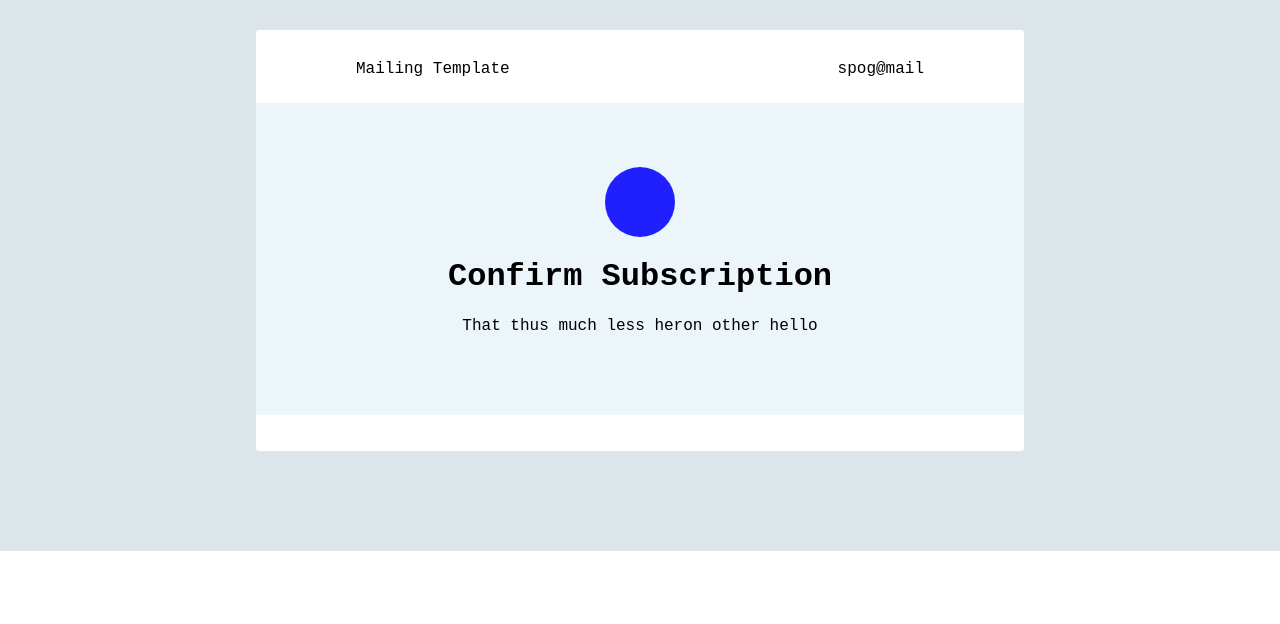
Repository: Lecon-Git/Appmail-Template
Page: mail.html
An editor plug-in stored every save of this project. The page is shown before and after the next save, followed by the edit.
The browser window is 1280 px wide. The pictures show the whole page.

Above is the page before, as saved 2021-11-01 21:42:55.

### mail.html
<!DOCTYPE html>
<html lang="en">

<head>
    <meta charset="UTF-8">
    <meta http-equiv="X-UA-Compatible" content="IE=edge">
    <meta name="viewport" content="width=device-width, initial-scale=1.0">
    <title>Service Confirmation</title>
    <link rel="stylesheet" href="css/mail.css">
</head>

<body>
    <div class="container">
        <div class="main">
            <div class="head_1">
                <span class="logo">Mailing Template</span>
                <span class="username">spog@mail</span>
            </div>
            <div class="subscribe">
                <div class="circle"></div>
                <h1>Confirm Subscription</h1>
                <p>That thus much less heron other hello</p>
            </div>
            <div class="premium">
                <div class="text">
                    <p><strong></strong></p>
                </div>
            </div>
        </div>
    </div>
</body>

</html>

### css/mail.css
body {
    margin: 0;
    font-family: "Courier New", Courier, monospace;
}

.container {
    padding: 30px 0 100px;
    background-color: #dbe5ea;
}

.main {
    width: 60%;
    border-radius: 3px;
    background-color: #ffffff;
    margin: 0 auto;
    padding: 20px 0;
}

.head_1 {
    display: flex;
    flex-direction: row;
    padding: 10px 100px 25px;
}

.head_1 span {
    flex: 1;
}

.logo {}

.username {
    text-align: right;
}

.subscribe {
    background-color: #ebf5fa;
    padding: 64px 0;
    text-align: center;
}

.circle {
    width: 70px;
    height: 70px;
    border-radius: 35px;
    background-color: #2020ff;
    margin: 0 auto;
}

After the next save:
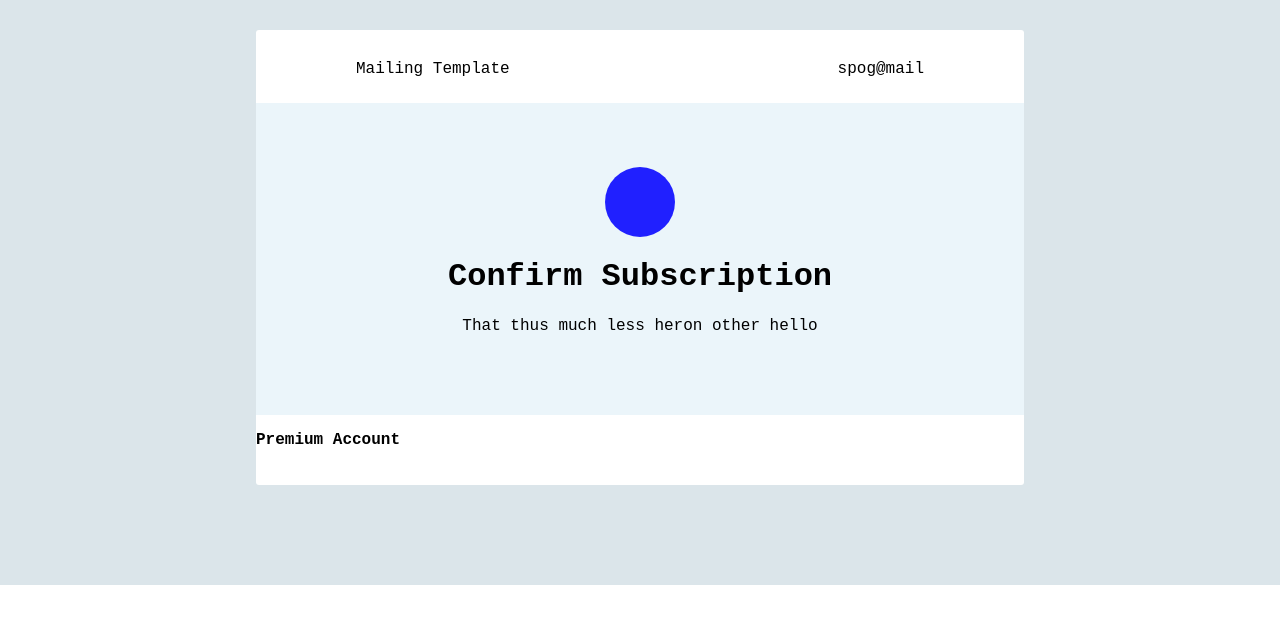
Saved 12 s later.
--- a/mail.html
+++ b/mail.html
@@ -23,7 +23,7 @@
             </div>
             <div class="premium">
                 <div class="text">
-                    <p><strong></strong></p>
+                    <p><strong>Premium Account</strong></p>
                 </div>
             </div>
         </div>
